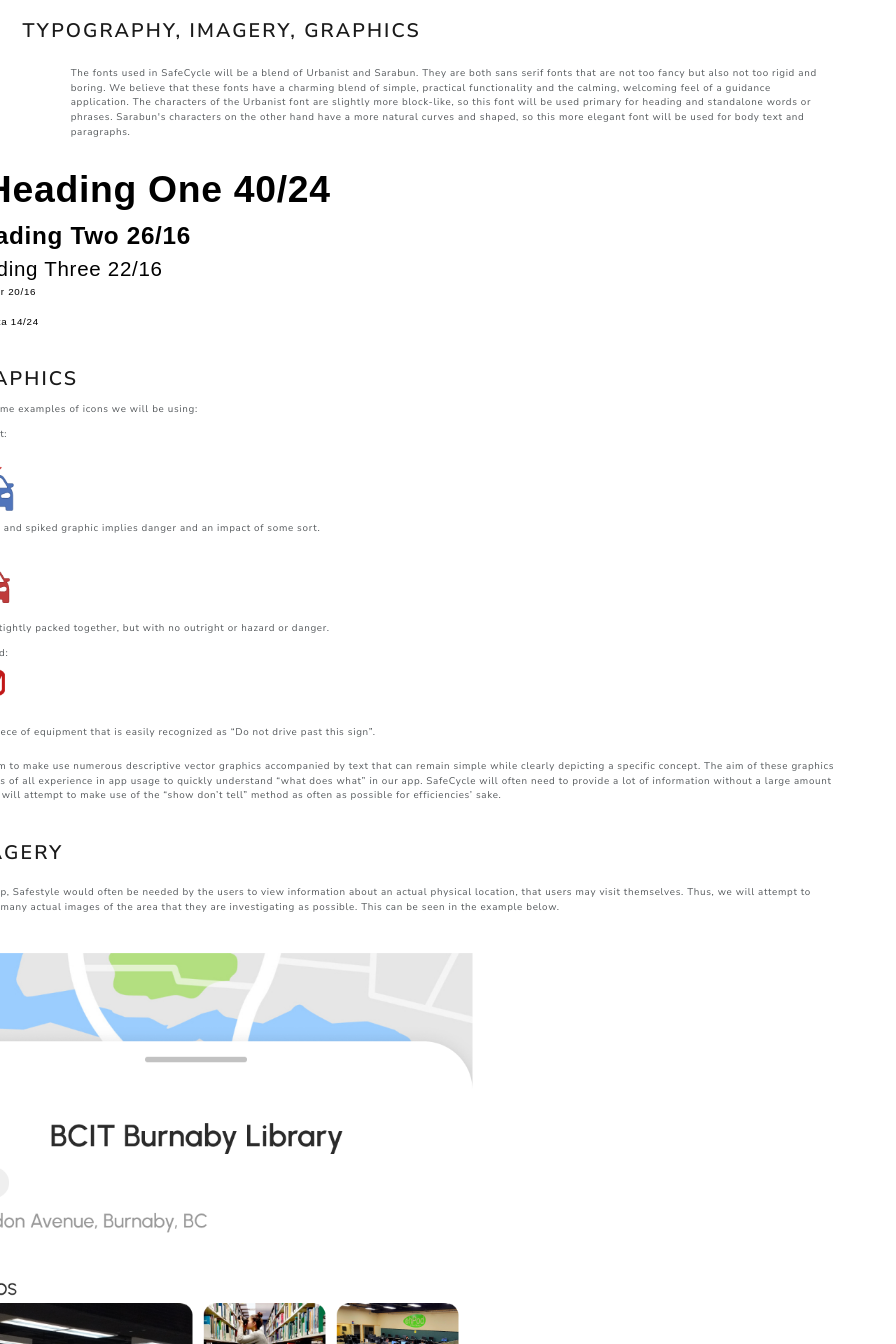
Repository: Aladdin3r/safecycle-styleguide
Page: /
These files come from the project's save history. The page is drawn as it stood at one moment and after the next save; the edit follows.
The browser window is 1280 px wide. The pictures show the part of the page from y = 2491 to 4411 px (the page is 5687 px tall before and 5708 px after), at 70% of full size.
The project was rebuilt for these pictures with package versions that can differ from the ones it lists, and the page was loaded fresh each time. The framework's server and built-in components were replaced by stand-ins that run in the browser. Also part of the build but not shown: next.config.mjs.

Above is the page before, as saved 2024-04-09 22:42:41.

### pages/_app.js
import "@/styles/globals.css";
import "@/styles/bootstrap.min.css";
import { useEffect } from "react";


export default function App({ Component, pageProps }) {

  useEffect(() => {
    require("bootstrap/dist/js/bootstrap.bundle.min.js");
  }, []);
  return <Component {...pageProps} />;
}

### pages/index.js
import Head from "next/head";
import styles from "@/styles/Home.module.css"

export default function Home() {

  return (
    <>
      <Head>
        <title>SafeCycle Styleguide</title>
        <meta name="description"
        content=
        "Created by Rawan Aladdin, Nea Pieroelie, Andrew Turitsa."
       />
        <meta name="viewport" content="width=device-width, initial-scale=1" />
        <link rel="icon" href="/favicon1.svg" />
      </Head>
      <nav class="navbar navbar-expand-lg bg-light sticky-top" data-bs-theme="light">
        <div class="container-fluid">
          <a class="navbar-brand" href="#">SafeCycle</a>
          <button class="navbar-toggler" type="button" data-bs-toggle="collapse" data-bs-target="#navbarColor03" aria-controls="navbarColor03" aria-expanded="false" aria-label="Toggle navigation">
            <span class="navbar-toggler-icon"></span>
          </button>
          <div class="collapse navbar-collapse" id="navbarColor03">
            <ul class="navbar-nav me-auto">
              <li class="nav-item">
                <a class="nav-link active" href="#">Home</a>
              </li>
              <li class="nav-item">
                <a class="nav-link" href="#logo">Logo</a>
              </li>
              <li class="nav-item">
                <a class="nav-link" href="#colours">Colours</a>
              </li>
              <li class="nav-item">
                <a class="nav-link" href="#types">Typography, Imagery, Graphics</a>
              </li>
              <li class="nav-item">
                <a class="nav-link" href="#refs">References</a>
              </li>
            </ul>
          </div>
        </div>
      </nav>
      <main>
      <div class="jumbotron">
        <h1 class="display-3 mt-5 pt-5">SafeCycle</h1>
        <p class="display-4 pb-5">Styleguide</p>
        <hr class="my-5"/>
        <p class="mb-5">Rawan Aladdin, Nea Pieroelie, Andrew Turitsa</p>
        <p class="lead mb-5">
          <a class="btn btn-primary btn-lg my-5" href="#logo" role="button">Start the guide</a>
        </p>
      </div>
      <div id="logo" class="p-4">
        <h2 class="p-2 mt-3">Logo Design</h2>
        <p class="p-3">
          Logo font choice: DIN condensed bold
          colours: #F0983F orange #911C12 red #AD5C0A pale orange
        </p>
        <div class="container">
          <div class="card-group">
              <div class="row">
                <div className="col-sm-4">
                  <div class="bg-primary card text-white mb-3" className={styles.card}>
                    <div class="card-body">
                      <h4 class="card-title">Full-colour logo</h4>
                      <img class="card-img-top" src="/fullcolourlogo.svg" alt="full-colour logo"></img>
                      <p class="card-text">Some quick example text to build on the card title and make up the bulk of the card's content. blah blah blah</p>
                    </div>
                  </div>
                </div>

                <div className="col-sm-4">
                  <div class="bg-primary card text-white mb-3" className={styles.card}>
                  <div class="card-body">
                    <h4 class="card-title">Black and white Logo</h4>
                    <img class="card-img-top" src="/blackandwhitelogo.svg" alt="black and white logo"></img>
                    <p class="card-text">Some quick example text to build on the card title and make up the bulk of the card's content.</p>
                  </div>
                  </div>
                </div>

                <div className="col-sm-4">
                  <div class="bg-primary card text-white mb-3" className={styles.card}>
                  <div class="card-body">
                    <h4 class="card-title">Greyscale Logo</h4>
                    <img class="card-img-top" src="/greyscalelogo.svg" alt="greyscale logo"></img>
                    <p class="card-text">Some quick example text to build on the card title and make up the bulk of the card's content.</p>
                  </div>
                  </div>
                </div>

              </div>

              <div class="row">
                <div className="col-sm-4">
                  <div class="bg-primary card text-white mb-3" className={styles.card}>
                    <div class="card-body">
                      <h4 class="card-title">Monochromatic logo</h4>
                      <img class="card-img-top" src="/monochromatic.svg" alt="Monochromatic logo"></img>
                      <p class="card-text">Some quick example text to build on the card title and make up the bulk of the card's content. blah blah blah</p>
                    </div>
                  </div>
                </div>

                <div className="col-sm-4">
                  <div class="bg-primary card text-white mb-3" className={styles.card}>
                  <div class="card-body">
                    <h4 class="card-title">Horizontal version of full-colour Logo</h4>
                    <img class="card-img-top" src="/horizontalfullcolour.svg" alt="horizontal full colour logo"></img>
                    <p class="card-text">Some quick example text to build on the card title and make up the bulk of the card's content.</p>
                  </div>
                  </div>

              </div>

              <div className="col-sm-4">
                <div class="bg-primary card  text-white mb-3" className={styles.card}>
                <div class="card-body">
                  <h4 class="card-title">Stacked/vertical version of full-colour Logo</h4>
                  <img class="card-img-top" src="/verticalfullcolour.svg" alt="stacked/vertical colour logo"></img>
                  <p class="card-text">Some quick example text to build on the card title and make up the bulk of the card's content.</p>
                </div>
                </div>
              </div>
            </div>
            <div class="row">
                <div className="col-sm-4">
                  <div class="bg-primary card text-white mb-3" className={styles.card}>
                    <div class="card-body z-3">
                      <h4 class="card-title">16x16px Favicon</h4>
                      <img class="card-img-top" src="/favicon1.svg" alt="xs favicon"></img>
                      <p class="card-text">Some quick example text to build on the card title and make up the bulk of the card's content. blah blah blah</p>
                    </div>
                  </div>
                </div>

                <div className="col-sm-4">
                  <div class="bg-primary card  text-white mb-3" className={styles.card}>
                  <div class="card-body">
                    <h4 class="card-title">32x32px Favicon</h4>
                    <img class="card-img-top" src="/favicon2.svg" alt="small favicon"></img>
                    <p class="card-text">Some quick example text to build on the card title and make up the bulk of the card's content.</p>
                  </div>
                  </div>

              </div>

              <div className="col-sm-4">
                <div class="bg-primary card text-white mb-3" className={styles.card}>
                <div class="card-body">
                  <h4 class="card-title">48x48px Favicon</h4>
                  <img class="card-img-top" src="/favicon3.svg" alt="normal favicon"></img>
                  <p class="card-text">Some quick example text to build on the card title and make up the bulk of the card's content.</p>
                </div>
                </div>
              </div>
            </div>
          </div>
        </div>
      </div>
      <div id="colours" class="p-4">
        <h2 class="p-2">Colour Palette, Colour Accessibility</h2>
        <div class="container">

        </div>
      </div>
      <div id="types" class="p-4">
        <h2 class="p-2">Typography, Imagery, Graphics</h2>
        <div class="container">
        <p className={styles.typo_desc} class="p-3">
        The fonts used in SafeCycle will be a blend of Urbanist and Sarabun. They are both sans serif fonts that are not too fancy but also not too rigid and boring. We believe that these fonts have a charming blend of simple, practical functionality and the calming, welcoming feel of a guidance application.  The characters of the Urbanist font are slightly more block-like, so this font will be used primary for heading and standalone words or phrases. Sarabun's characters on the other hand have a more natural curves and shaped, so this more elegant font will be used for body text and paragraphs.
        </p>
        <div className={styles.h1Typo}>Heading One 40/24</div>
        <div className={styles.h2Typo}>Heading Two 26/16</div>
        <div className={styles.h3Typo}>Heading Three 22/16</div>
        <div className={styles.h4Typo}>Heading Four 20/16</div>
        <div className={styles.BodyTypo}>Body 14/24</div>
        <div className={styles.ButtonMetaTypo}>Button + Meta 14/24</div>
        <h2 className={styles.graphicTitle}>GRAPHICS</h2>
        <div className={styles.graphicName}>Here are some examples of icons we will be using:</div>
        <div className={styles.graphicName}>Car accident:</div>
        <img className={styles.carCrash} src="/carCrash.png" alt="Car Accident"></img>
        <div className={styles.graphicDesc}>Red, jarring and spiked graphic implies danger and an impact of some sort.</div>
        <div className={styles.graphicName}>Traffic Jam:</div>
        <img className={styles.traffic} src="/traffic.png" alt="Traffic"></img>
        <div className={styles.graphicDesc}>Many cars, tightly packed together, but with no outright or hazard or danger.</div>
        <div className={styles.graphicName}>Road Closed:</div>
        <img className={styles.RoadClosed} src="/RoadClosed.png" alt="Raod Closed"></img>
        <div className={styles.graphicDesc}>An iconic piece of equipment that is easily recognized as “Do not drive past this sign”.</div>
        <div className={styles.graphicExpl}>Our app will aim to make use numerous descriptive vector graphics accompanied by text that can remain simple while clearly depicting a specific concept. The aim of these graphics is to allow users of all experience in app usage to quickly understand “what does what” in our app. SafeCycle will often need to provide a lot of information without a large amount of pages so we will attempt to make use of the “show don’t tell” method as often as possible for efficiencies’ sake.</div>
        <h2 className={styles.graphicTitle}>IMAGERY</h2>
        <div className={styles.graphicExpl}>Being a map app, Safestyle would often be needed by the users to view information about an actual physical location, that users may visit themselves. Thus, we will attempt to make use of as many actual images of the area that they are investigating as possible. This can be seen in the example below.</div>
        <img className={styles.locationPage} src="/locationPage.png" alt="Location Page"></img>


        </div>
        </div>
      <div id="refs" class="p-4">
        <h2 class="p-2">References</h2>
        <div class="container">

        </div>
      </div>
      </main>
    </>
  );
}

### styles/Home.module.css
.main {
  display: flex;
  flex-direction: column;
  justify-content: space-between;
  align-items: center;
  padding: 6rem;
  min-height: 100vh;
}
.card{
  max-width: 30em;
}

.typo_desc{
  margin-left: 2%;

}
.h1Typo {
  font-family: "Urbanist", sans-serif;
  font-style: bold;
  font-size: 40pt;
  font-weight: 900;
  color: black;
  margin-left: -2em;
}
.h2Typo {
  font-family: "Urbanist", sans-serif;
  font-style: bold;
  font-size: 26pt;
  font-weight: 600;
  color: black;
  margin-left: -4em;
}
.h3Typo {
  font-family: "Urbanist", sans-serif;
  font-style: bold;
  font-size: 22pt;
  font-weight: 500;
  color: black;
  margin-left: -5em;
}
.h4Typo {
  font-family: "Urbanist", sans-serif;
  font-style: bold;
  font-size: 20;
  font-weight: 500;
  color: black;
  margin-left: -12.5em;
}

.BodyTypo {
  font-family: "Sarabun", sans-serif;
  font-weight:500;
  font-style: normal;
  color: black;
  font-size: 18;
  margin-left: -12.5em;
}
.ButtonMetaTypo {
  font-family: "Sarabun", sans-serif;
  font-weight:500;
  font-style: normal;
  color: black;
  font-size: 18;
  margin-left: -12.5em;
}
.graphicTitle{
  margin-top: 2em;
  margin-left: -5em;
}
.carCrash{
  margin-top: 1em;
  margin-left: -12em;
}

.graphicDesc{
  margin-top: 1em;
  margin-left: -12em;
}

.graphicName{
  margin-top: 1em;
  margin-left: -12em;
}

.graphicExpl{
  margin-top: 2em;
  margin-bottom: 2em;
  margin-left: -14em;
}

.traffic{
  margin-top: 1em;
  margin-left: -14em;
}

.RoadClosed{
  margin-top: 1em;
  margin-left: -14em;
}

.locationPage{
  margin-top: 2em;
  margin-left: -14em;
}

Loaded but not shown: pages/_document.js (common file); styles/globals.css (common file); styles/bootstrap.min.css (library)

After the next save:
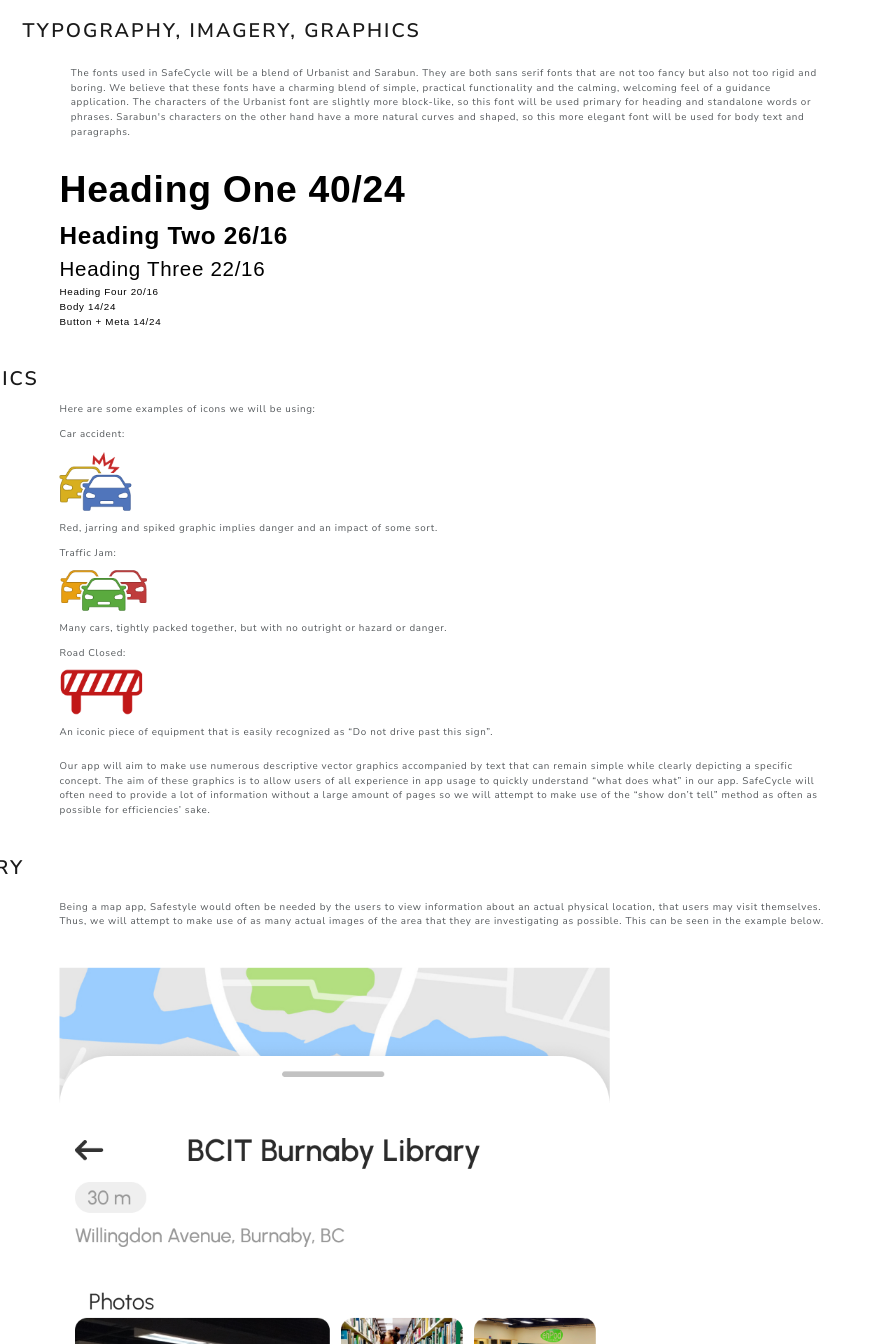
Saved 59 s later.
--- a/styles/Home.module.css
+++ b/styles/Home.module.css
@@ -11,7 +11,7 @@
 }
 
 .typo_desc{
-  margin-left: 2%;
+  /* margin-left: -14.5em; */
 
 }
 .h1Typo {
@@ -20,7 +20,7 @@
   font-size: 40pt;
   font-weight: 900;
   color: black;
-  margin-left: -2em;
+  /* margin-left: -4em; */
 }
 .h2Typo {
   font-family: "Urbanist", sans-serif;
@@ -28,7 +28,7 @@
   font-size: 26pt;
   font-weight: 600;
   color: black;
-  margin-left: -4em;
+  /* margin-left: -6em; */
 }
 .h3Typo {
   font-family: "Urbanist", sans-serif;
@@ -36,7 +36,7 @@
   font-size: 22pt;
   font-weight: 500;
   color: black;
-  margin-left: -5em;
+  /* margin-left: -7em; */
 }
 .h4Typo {
   font-family: "Urbanist", sans-serif;
@@ -44,7 +44,7 @@
   font-size: 20;
   font-weight: 500;
   color: black;
-  margin-left: -12.5em;
+  /* margin-left: -14.5em; */
 }
 
 .BodyTypo {
@@ -53,7 +53,7 @@
   font-style: normal;
   color: black;
   font-size: 18;
-  margin-left: -12.5em;
+  /* margin-left: -14.5em; */
 }
 .ButtonMetaTypo {
   font-family: "Sarabun", sans-serif;
@@ -61,44 +61,44 @@
   font-style: normal;
   color: black;
   font-size: 18;
-  margin-left: -12.5em;
+  /* margin-left: -14.5em; */
 }
 .graphicTitle{
   margin-top: 2em;
-  margin-left: -5em;
+  margin-left: -7em;
 }
 .carCrash{
   margin-top: 1em;
-  margin-left: -12em;
+  /* margin-left: -14em; */
 }
 
 .graphicDesc{
   margin-top: 1em;
-  margin-left: -12em;
+  /* margin-left: -14em; */
 }
 
 .graphicName{
   margin-top: 1em;
-  margin-left: -12em;
+  /* margin-left: -14em; */
 }
 
 .graphicExpl{
   margin-top: 2em;
   margin-bottom: 2em;
-  margin-left: -14em;
+  /* margin-left: -14em; */
 }
 
 .traffic{
   margin-top: 1em;
-  margin-left: -14em;
+  /* margin-left: -14em; */
 }
 
 .RoadClosed{
   margin-top: 1em;
-  margin-left: -14em;
+  /* margin-left: -14em; */
 }
 
 .locationPage{
   margin-top: 2em;
-  margin-left: -14em;
+    /* margin-left: -14em; */
 }
